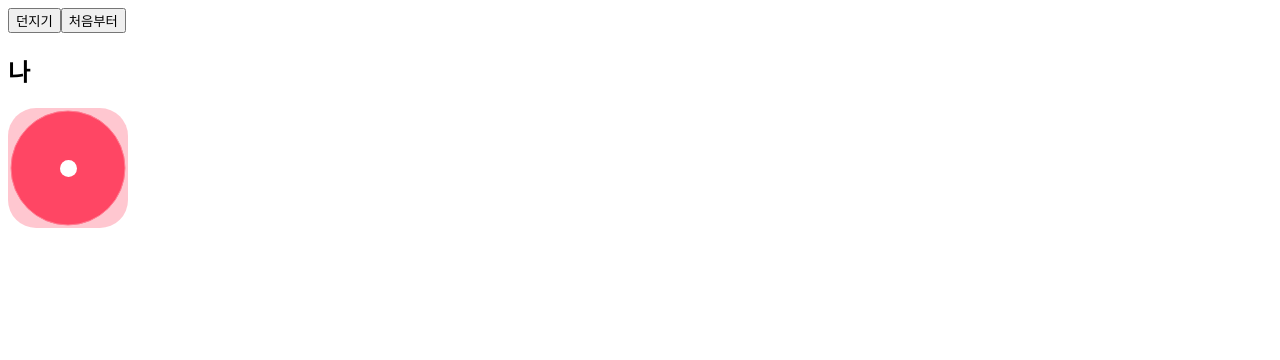
Repository: songjiwon17/React_study
Page: /
The author's editor kept a copy of each file at every save. The page is drawn from the files as they stood at one save, then again after the next save.
The browser window is 1280 px wide. The pictures show the whole page.
The project was rebuilt for these pictures with package versions that can differ from the ones it lists, and the page was loaded fresh each time.

Above is the page before, as saved 2023-09-15 20:47:59.

### public/index.html
<!DOCTYPE html>
<html lang="ko">
  <head>
    <meta charset="utf-8" />
    <title>주사위게임</title>
  </head>
  <body>
    <div id="root"></div>
  </body>
</html>

### src/index.js
import ReactDOM from 'react-dom/client';
import Dice from './Dice';
import App from './App';

const root = ReactDOM.createRoot(document.getElementById('root'));
root.render(
    <App></App>
);

### src/Dice.js
import diceBlue01 from "./assets/dice-blue-1.svg";
import diceBlue02 from "./assets/dice-blue-2.svg";
import diceBlue03 from "./assets/dice-blue-3.svg";
import diceBlue04 from "./assets/dice-blue-4.svg";
import diceBlue05 from "./assets/dice-blue-5.svg";
import diceBlue06 from "./assets/dice-blue-6.svg";
import diceRed01 from "./assets/dice-red-1.svg";
import diceRed02 from "./assets/dice-red-2.svg";
import diceRed03 from "./assets/dice-red-3.svg";
import diceRed04 from "./assets/dice-red-4.svg";
import diceRed05 from "./assets/dice-red-5.svg";
import diceRed06 from "./assets/dice-red-6.svg";

const DICE_IMAGES = {
    blue: [diceBlue01, diceBlue02, diceBlue03, diceBlue04, diceBlue05, diceBlue06],
    red: [diceRed01, diceRed02, diceRed03, diceRed04, diceRed05, diceRed06]
};

function Dice({color = "blue" ,num = 1}){
    const src = DICE_IMAGES[color][num -1];
    const alt = `${color} ${num}`;
    return <img src={src} alt={alt}/>;
}
export default Dice;

### src/App.js
import { useState } from "react";
import Button from "./Button";
import Dice from "./Dice";

function random(n){
    return Math.ceil(Math.random() * n);
}

function App(){
    const [num, setNum] = useState(1);
    const [sum, setSum] = useState(0);


    const handleRollClick = ()=>{
        const nextNum = random(6);
        setNum(nextNum);
        setSum(sum + nextNum);
    }
    const handleClearClick = () =>{
        setNum(1);
        setSum(0);
    }

    return(
        <div>
            <div>
                <Button onClick={handleRollClick}>던지기</Button>
                <Button onClick={handleClearClick}>처음부터</Button>
            </div>
            <div>
                <h2>나</h2>
                <Dice color="red" num = {num}/>

            </div>

        </div>
    )
}

export default App;

### src/Button.js
function Button({children ,onClick}){
    return <button onClick={onClick}>{children}</button>
}
export default Button;

After the next save:
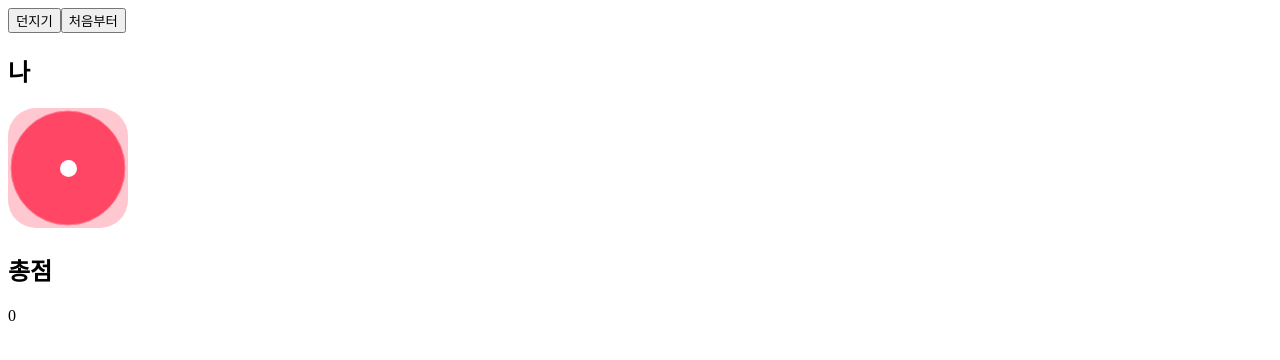
Saved 28 s later.
--- a/src/App.js
+++ b/src/App.js
@@ -30,7 +30,8 @@ function App(){
             <div>
                 <h2>나</h2>
                 <Dice color="red" num = {num}/>
-
+                <h2>총점</h2>
+                <p>{sum}</p>
             </div>
 
         </div>
